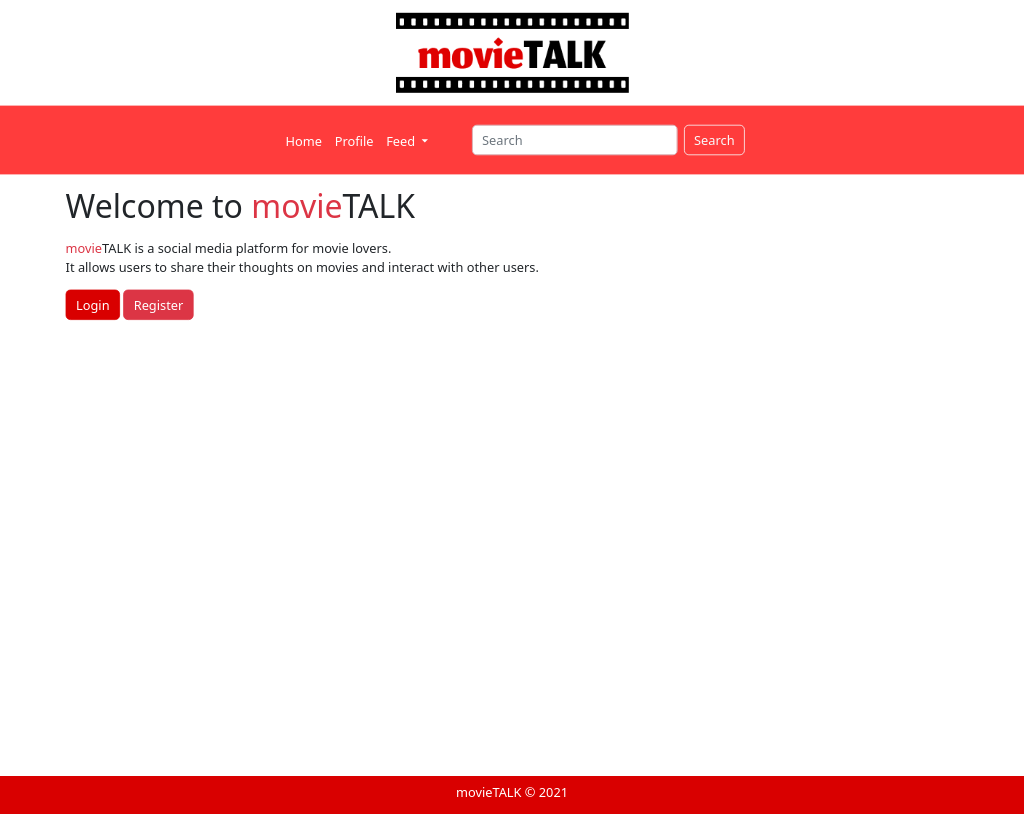
Repository: runeunhjem/css-frameworks-ca
Page: index.html
The author's editor kept a copy of each file at every save. The page is drawn from the files as they stood at one save, then again after the next save.
The browser window is 1280 px wide. The pictures show the whole page, at 80% of full size.
The style sheet was rebuilt from its Sass, Less or Tailwind sources for each picture, by a compiler version that may differ from the author's.

Above is the page before, as saved 2023-08-25 08:58:16.

### index.html
<!DOCTYPE html>
<html lang="en">
<head>
  <meta charset="UTF-8">
  <meta name="viewport" content="width=device-width, initial-scale=1.0">
  <!-- <link rel="stylesheet" href="node_modules/bootstrap/dist/css/bootstrap.min.css"> -->
  <!-- <link href="https://cdn.jsdelivr.net/npm/bootstrap@5.2.3/dist/css/bootstrap.min.css" rel="stylesheet" integrity="sha384-rbsA2VBKQhggwzxH7pPCaAqO46MgnOM80zW1RWuH61DGLwZJEdK2Kadq2F9CUG65" crossorigin="anonymous">
  <script src="https://cdn.jsdelivr.net/npm/bootstrap@5.2.3/dist/js/bootstrap.bundle.min.js" integrity="sha384-kenU1KFdBIe4zVF0s0G1M5b4hcpxyD9F7jL+jjXkk+Q2h455rYXK/7HAuoJl+0I4" crossorigin="anonymous"></script> -->
  <link rel="stylesheet" href="dist/css/index.css">
  <script src="js/bootstrap.bundle.min.js"></script>
  <title>movieTALK | Home</title>
</head>
<body>
<header>
  <div class="header-logo my-3">
    <div class="row">
      <div class="col">
        <a class="navbar-brand" href="index.html" alt="movieTALK Logo"><span class="visually-hidden">Home</span></a>
      </div>
    </div>
  </div>
  <nav class="navbar navbar-expand-md pt-4">
    <div class="container-fluid d-flex align-items-start justify-content-center max-width-800 ">
      <div class="row">
        <div class="col-3 col-sm-4 col-md-6">
          <button class="navbar-toggler bg-light mb-2 me-3" type="button" data-bs-toggle="collapse" data-bs-target="#navbarSupportedContent" aria-controls="navbarSupportedContent" aria-expanded="false" aria-label="Toggle navigation">
            <span class="navbar-toggler-icon"></span>
          </button>
          <div class="collapse navbar-collapse" id="navbarSupportedContent">
            <ul class="navbar-nav me-auto mb-2 mb-lg-0">
              <li class="nav-item">
                <a class="nav-link text-white active" aria-current="page" href="#">Home</a>
              </li>
              <li class="nav-item">
                <a class="nav-link text-white" href="profile/index.html">Profile</a>
              </li>
              <li class="nav-item dropdown">
                <a class="nav-link text-white dropdown-toggle" href="#" role="button" data-bs-toggle="dropdown" aria-expanded="false">
                  Feed
                </a>
                <ul class="dropdown-menu dropdown-menu-dark m-0">
                  <li><a class="dropdown-item" href="feed/index.html">Feed</a></li>
                  <li><a class="dropdown-item" href="feed/index.html#post">Post</a></li>
                  <li><hr class="dropdown-divider"></li>
                  <li><a class="dropdown-item" href="index.html">Sign Out</a></li>
                </ul>
              </li>
            </ul>
          </div>
        </div>
      </div>
        <div class="col-9 col-sm-8 col-md-6 d-flex align-items-start justify-content-end">
          <form class="d-flex mb-3" role="search">
            <input class="form-control me-2 max-width-300" type="search" placeholder="Search" aria-label="Search">
            <button class="btn btn-outline-light" type="submit">Search</button>
          </form>
      </div>
    </div>
    </div>
  </nav>
</header>
<main class="vh-100 mt-3">
  <div class="container justify-content-center">
    <div class="row">
      <div class="col">
        <h1>Welcome to <span class="text-danger">movie</span>TALK</h1>
        <p class="mt-3 mb-0"><span class="text-danger">movie</span>TALK is a social media platform for movie lovers.</p>
        <p class="mt-0">It allows users to share their thoughts on movies and interact with other users.</p>
        <a href="login.php" class="btn btn-primary">Login</a>
        <a href="register.php" class="btn btn-danger">Register</a>
      </div>
    </div>
  </div>
</main>
<footer>
  <div class="container">
    <div class="row">
      <div class="col">

      </div>
    </div>
  </div>
  <div class="container-fluid bg-primary mt-3">
    <div class="row">
      <div class="col">
        <p class="text-white text-center mt-2">movieTALK &copy; 2021</p>
      </div>
    </div>
  </div>
</footer>
</body>
</html>

### src/scss/index.scss
@import "../../node_modules/bootstrap/scss/functions";
@import "variables";
@import "../../node_modules/bootstrap/scss/variables";
@import "../../node_modules/bootstrap/scss/maps";
@import "../../node_modules/bootstrap/scss/mixins";
@import "../../node_modules/bootstrap/scss/utilities";
@import "../../node_modules/bootstrap/scss/root";
@import "../../node_modules/bootstrap/scss/bootstrap";

.header-logo {
  background-image: url("../../img/logo.png");
  background-size: contain;
  background-repeat: no-repeat;
  background-position: center;
  width: 100%;
  height: 100px;
}

.max-width-800 {
  max-width: 800px;
}
.max-width-300 {
  max-width: 300px;
}

.navbar {
  background-color: #ff3c3c;
}

### src/scss/_variables.scss
// $body-bg: #ffe0e0;
// $body-color: #111;


$primary: #d90000;
// $danger: #a10d64;
// $light: #db7f7f;

Loaded but not shown: js/bootstrap.bundle.min.js (library)

After the next save:
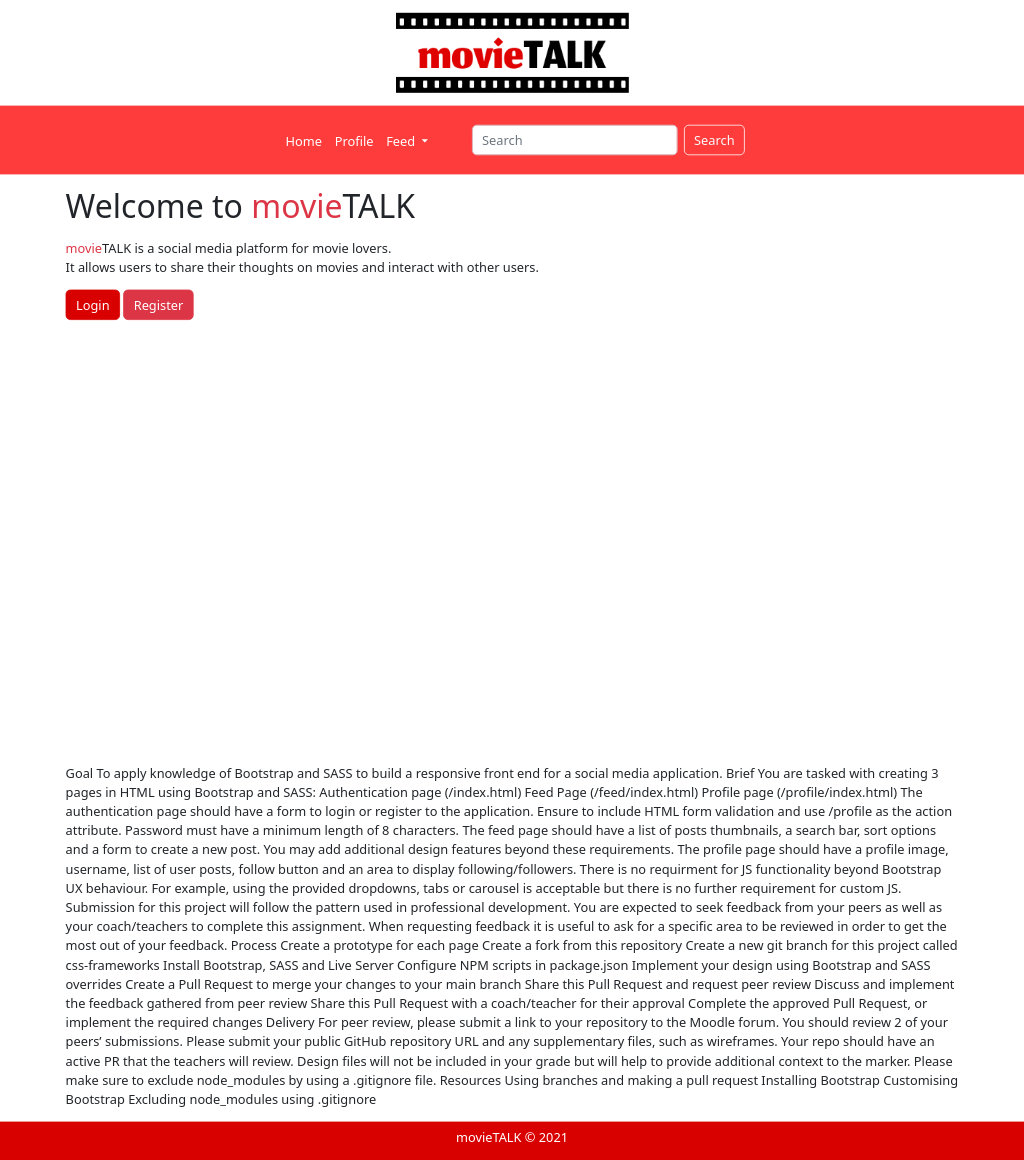
Saved 4 s later.
--- a/index.html
+++ b/index.html
@@ -76,7 +76,51 @@
   <div class="container">
     <div class="row">
       <div class="col">
+        Goal
+To apply knowledge of Bootstrap and SASS to build a responsive front end for a social media application.
 
+Brief
+You are tasked with creating 3 pages in HTML using Bootstrap and SASS:
+
+Authentication page (/index.html)
+Feed Page (/feed/index.html)
+Profile page (/profile/index.html)
+The authentication page should have a form to login or register to the application. Ensure to include HTML form validation and use /profile as the action attribute. Password must have a minimum length of 8 characters.
+
+The feed page should have a list of posts thumbnails, a search bar, sort options and a form to create a new post. You may add additional design features beyond these requirements.
+
+The profile page should have a profile image, username, list of user posts, follow button and an area to display following/followers.
+
+There is no requirment for JS functionality beyond Bootstrap UX behaviour. For example, using the provided dropdowns, tabs or carousel is acceptable but there is no further requirement for custom JS.
+
+Submission for this project will follow the pattern used in professional development. You are expected to seek feedback from your peers as well as your coach/teachers to complete this assignment. When requesting feedback it is useful to ask for a specific area to be reviewed in order to get the most out of your feedback.
+
+Process
+Create a prototype for each page
+Create a fork from this repository
+Create a new git branch for this project called css-frameworks
+Install Bootstrap, SASS and Live Server
+Configure NPM scripts in package.json
+Implement your design using Bootstrap and SASS overrides
+Create a Pull Request to merge your changes to your main branch
+Share this Pull Request and request peer review
+Discuss and implement the feedback gathered from peer review
+Share this Pull Request with a coach/teacher for their approval
+Complete the approved Pull Request, or implement the required changes
+Delivery
+For peer review, please submit a link to your repository to the Moodle forum. You should review 2 of your peers’ submissions.
+
+Please submit your public GitHub repository URL and any supplementary files, such as wireframes. Your repo should have an active PR that the teachers will review.
+
+Design files will not be included in your grade but will help to provide additional context to the marker.
+
+Please make sure to exclude node_modules by using a .gitignore file.
+
+Resources
+Using branches and making a pull request
+Installing Bootstrap
+Customising Bootstrap
+Excluding node_modules using .gitignore
       </div>
     </div>
   </div>
